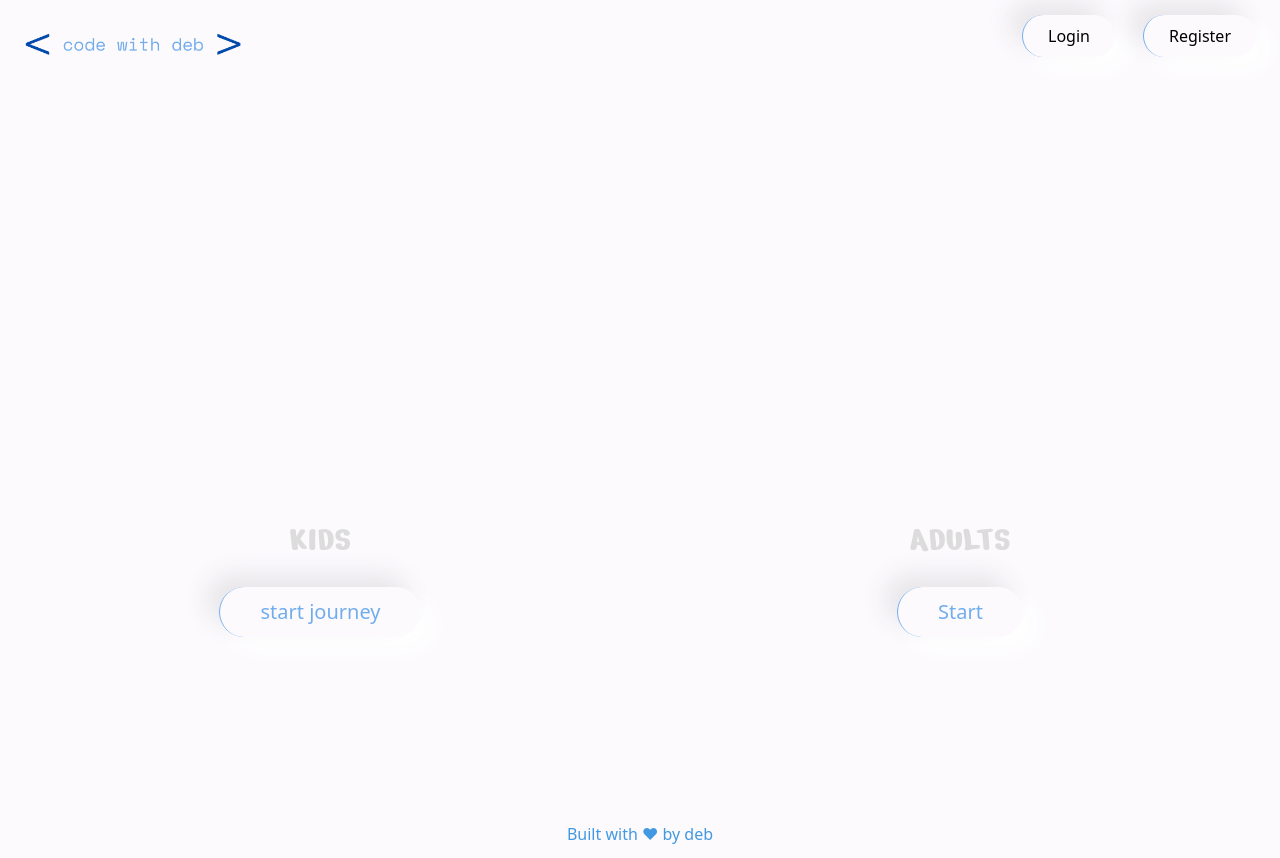
Repository: latenightsnacc/codewithdeb
Page: index.html
These files come from the project's save history. The page is drawn as it stood at one moment and after the next save; the edit follows.
The browser window is 1280 px wide. The pictures show the whole page.
The style sheet was rebuilt from its Sass, Less or Tailwind sources for each picture, by a compiler version that may differ from the author's.

Above is the page before, as saved 2020-11-25 17:53:02.

### index.html
<!DOCTYPE html>
<html lang="en">
<head>
    <meta charset="UTF-8">
    <meta name="viewport" content="width=device-width, initial-scale=1.0">
    <!--Tailwind CDN-->
    <link rel="stylesheet" href="https://cdnjs.cloudflare.com/ajax/libs/tailwindcss/1.9.6/base.min.css" integrity="sha512-hEjkvMSM0ql6VJcNK0gTmjt9ar8F2yHeBUbJKtyvQhkkbGMhiJ4+MaiB8XxsthLAHJx5vy2I9dN0un8HiWG2LA==" crossorigin="anonymous" />
    <link rel="stylesheet" href="https://cdnjs.cloudflare.com/ajax/libs/tailwindcss/1.9.6/components.min.css" integrity="sha512-TizAONqhvXjEfRPhptSUkZNVU497PzAnXNGNUoeOjeni4dHpJ+ak+ZsyoGna20LH/yg1PvdufN1VbnVQeVDftg==" crossorigin="anonymous" />
    <link rel="stylesheet" href="https://cdnjs.cloudflare.com/ajax/libs/tailwindcss/1.9.6/tailwind.css" integrity="sha512-HY1FOTeAX9idUBWDhVDrBg8QUHBisKVQ4BCVj1jFo5z76mk87w4Rr5YGP8nBkcGmoMzqYvdeXHMOg/olF45z3g==" crossorigin="anonymous" />
    <link rel="stylesheet" href="https://cdnjs.cloudflare.com/ajax/libs/tailwindcss/1.9.6/utilities.min.css" integrity="sha512-0QJfuLKyYJWGB5hKArJW67xqMLDlR8YaLM/ZuW2mRn4NRwHNsGm7UuREc5Fu7jONHyewPKnGODY0N8G+FQbfxg==" crossorigin="anonymous" />
    <link rel="stylesheet" href="styling/stylesheet.css">
    <title>Welcome to Code with Deb</title>
</head>
<body class="overflow-x-hidden light-bg">
    <!--Header-->
    <nav class="container">
        <div class="nav  w-full flex flex-row justify-between p-5">
            <!--Logo-->
            <a href="index.html" class="logo">
                <img src="assets/logo/codewithdebSm.png" alt="code with deb logo">
            </a>
            <ul class="menu flex flex-row">
                <li class="nav-item m-1">
                    <a href="login.html" class="nav-link">Login</a>
                </li>
                <li class="nav-item m-1">
                    <a href="login.html" class="nav-link">Register</a>
                </li>
            </ul>
        </div>
    </nav>
    <!--End of Header-->

     <!--Content-->
    <main class="wrapper">
        <div class="container ">
            <div class="flex flex-row w-screen">
                <div class="w-1/2 h-screen flex items-center justify-center">
                    <div class="box">
                        <div class="door-shadow"></div>
                        <div class="door">
                            <h1 class="text-4xl">Kids</h1>
                            <a href="#" class="btn" >start journey</a>
                        </div>
                    </div>
                </div>
                <div class="w-1/2 h-screen flex items-center justify-center">
                    <div class="box">
                        <div class="door-shadow"></div>
                        <div class="door">
                            <h1 class="text-4xl">Adults</h1>
                            <a href="#" class="btn" >Start</a>
                        </div>
                    </div>
                </div>
            </div>
        </div>
    </main>
    <!--End of content-->

    <footer class="footer">
        <div class="container">
            <p class="text-center p-3 text-blue-500">Built with &hearts; by deb</p>
        </div>
    </footer>

    <!--Bootstrap Scripts-->
    <script src="https://code.jquery.com/jquery-3.5.1.slim.min.js" integrity="sha384-DfXdz2htPH0lsSSs5nCTpuj/zy4C+OGpamoFVy38MVBnE+IbbVYUew+OrCXaRkfj" crossorigin="anonymous"></script>
    <script src="https://cdn.jsdelivr.net/npm/popper.js@1.16.1/dist/umd/popper.min.js" integrity="sha384-9/reFTGAW83EW2RDu2S0VKaIzap3H66lZH81PoYlFhbGU+6BZp6G7niu735Sk7lN" crossorigin="anonymous"></script>
    <script src="https://cdn.jsdelivr.net/npm/bootstrap@4.5.3/dist/js/bootstrap.min.js" integrity="sha384-w1Q4orYjBQndcko6MimVbzY0tgp4pWB4lZ7lr30WKz0vr/aWKhXdBNmNb5D92v7s" crossorigin="anonymous"></script>
</body>
</html>

### styling/stylesheet.scss
@import 'variables';

.light-bg {
    background-color: $light;
}
.dark-bg {
    background-color: $dark;
}
.nav-link {
    padding: 10px 25px;
    box-shadow: $bsIn;
    margin-left: 20px;
    border-radius: 30px;
    border-left: 1px $blue solid;

    &:hover {
        transition-property: all;
        transform-style: preserve-3d;
        transition-duration: 500ms;
        border: 1px $blue solid;
    }
}
.logo {
    img {
        max-height: 50px;
    }
}
.box {
    position: relative;
}
.door, .door-shadow {
    width: 300px;
    height: 250px;
}
// .door-shadow {
//     background-color: $blue;
//     position: absolute;
//     z-index: -10;
//     border-radius: 20px;

// }
.door {

    border-radius: 30px;
    background-color: $light;
    z-index: 10;
    display: flex;
    align-items: center;
    justify-content: center;
    flex-direction: column;
    h1 {
        color: gainsboro;
        text-transform: uppercase;
        margin-bottom: 20px;
        font-family: $fontKids;
    }
    &:hover {
        h1 {
            color: black;
        }

        .door-shadow {
            background-color: $blue2;
        }
    }
}
.btn {
    color: $blue;
    padding: 10px 40px;
    border-radius: 30px;
    font-size: 20px;
    box-shadow: $bsIn;
    border-left: 1px solid $blue;

    &:hover {
        background-color: $blue2;
        box-shadow: $bsOut;
        color: $light;
    }
}

### styling/_variables.scss
@import url('https://fonts.googleapis.com/css2?family=Nerko+One&display=swap');
$fontKids: 'Nerko One', cursive;
$light: #fcfafd;
$dark: #000000;
$bsIn: -13px -13px 25px #e8e6e9,
13px 13px 25px #ffffff;
$bsOut: -13px -13px 25px #d6d5d7,
13px 13px 25px #ffffff;
$bSoftB: -13px -13px 25px #71aded65,
13px 13px 25px #71aded65;
$blue: #71aded;
$blue2: #0263e4;

After the next save:
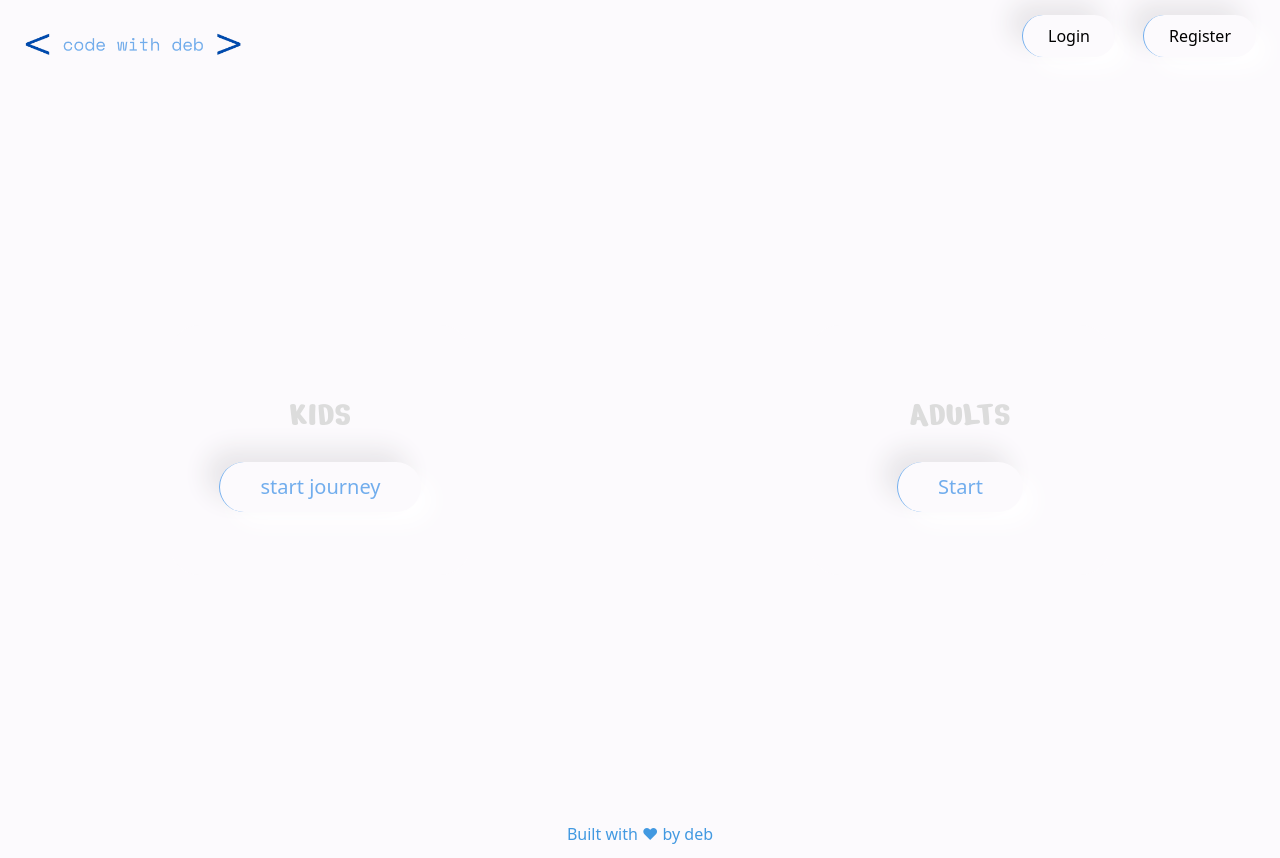
Saved 32 s later.
--- a/styling/stylesheet.scss
+++ b/styling/stylesheet.scss
@@ -28,7 +28,7 @@
 .box {
     position: relative;
 }
-.door, .door-shadow {
+.door {
     width: 300px;
     height: 250px;
 }
